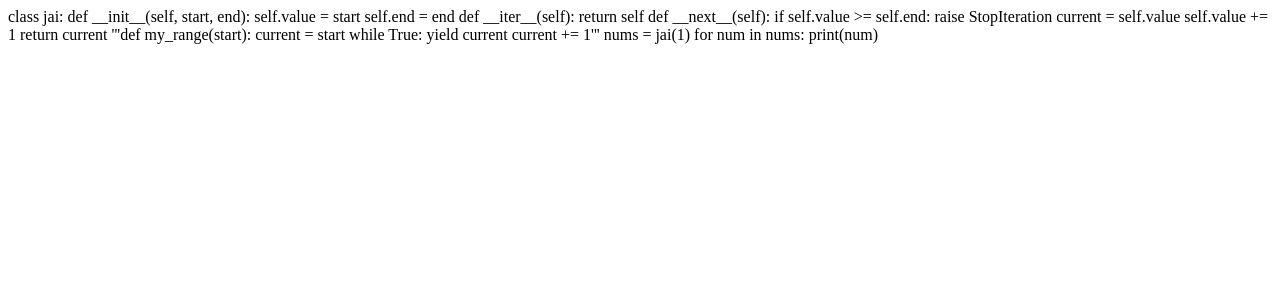
Repository: JAYAPRAKASH7541/jai7541
Page: python_sample_package/simple.html
The author's editor kept a record of every edit. The page is drawn from the files as they stood at one moment, then again after the next edit.
The browser window is 1280 px wide. The pictures show the whole page.

Above is the page before.

After the next edit:
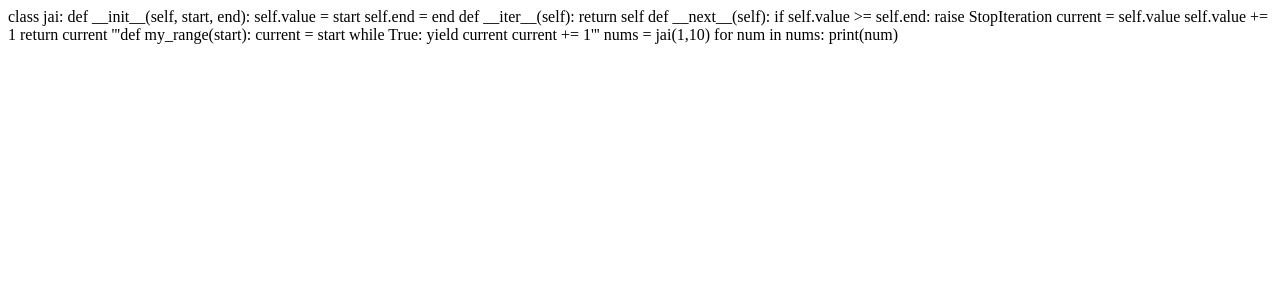
The edit:
--- a/python_sample_package/simple.html
+++ b/python_sample_package/simple.html
@@ -23,7 +23,7 @@
         current += 1'''
 
 
-nums = jai(1)
+nums = jai(1,10)
 
 for num in nums:
     print(num)
